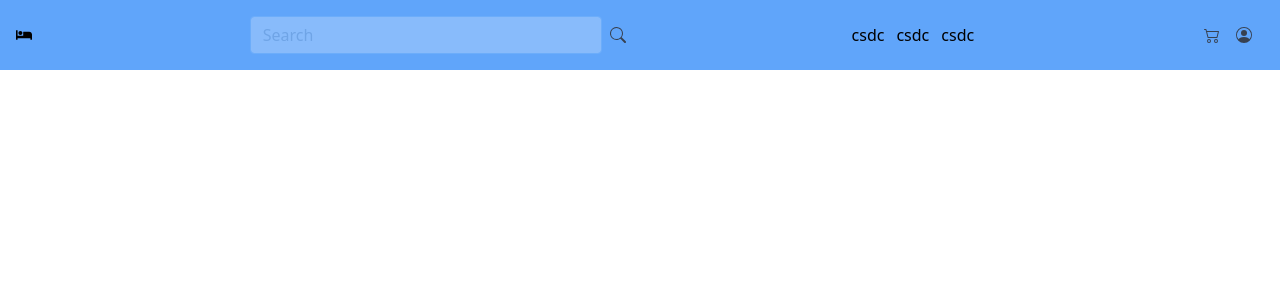
Repository: DevLaukey/Jitu-final
Page: / (app in frontend/)
An editor plug-in stored every save of this project. The page is shown before and after the next save, followed by the edit.
The browser window is 1280 px wide. The pictures show the whole page.
The project was rebuilt for these pictures with package versions that can differ from the ones it lists, and the page was loaded fresh each time.

Above is the page before, as saved 2022-07-13 13:42:58.

After the next save:
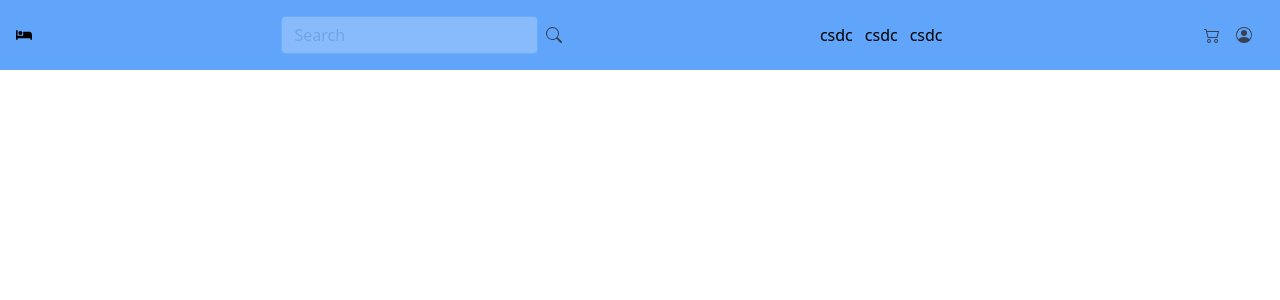
Saved 14 s later.
--- a/frontend/src/components/Navbar.js
+++ b/frontend/src/components/Navbar.js
@@ -8,7 +8,6 @@ function Navbar() {
         <FaBed />
       </div>
       <div class="flex items-center justify-center">
-        <div class="xl:w-96">
           <div class="input-group flex  items-stretch w-full  rounded">
             <input
               type="search"
@@ -24,7 +23,6 @@ function Navbar() {
               <BsSearch />
             </span>
           </div>
-        </div>
       </div>
       <div >
         <ul className='hidden py-1.5 md:flex space-x-3 text-center'>
